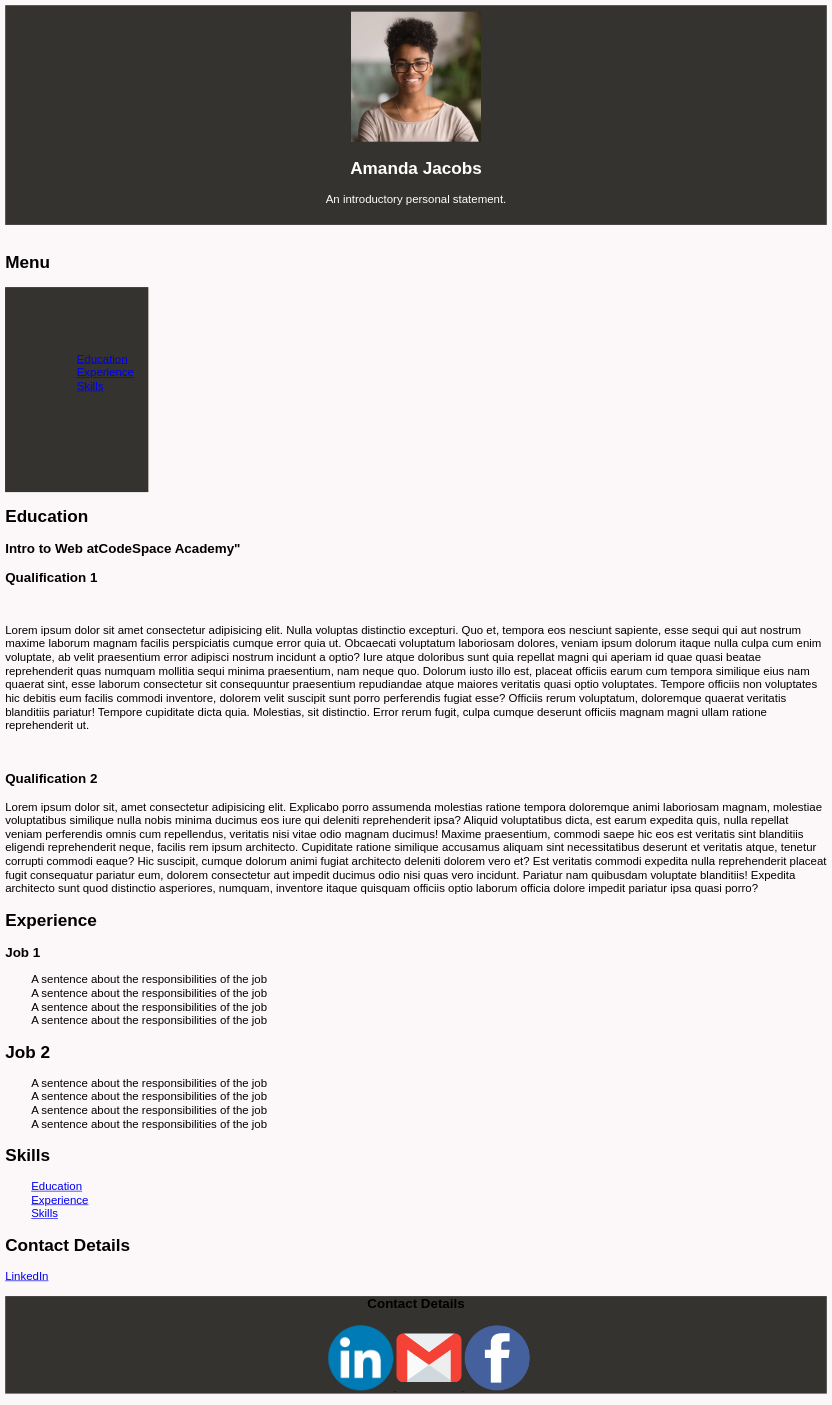
Repository: LeonardMhere/Resume-3
Page: resume `3/index.html
These files come from the project's save history. The page is drawn as it stood at one moment and after the next save; the edit follows.
The browser window is 1280 px wide. The pictures show the whole page, at 65% of full size.

Above is the page before, as saved 2023-03-23 09:04:46.

### resume `3/index.html
<!DOCTYPE html>
<html lang="en">
    <meta charset="UTF-8">
    <meta http-equiv="X-UA-Compatible" content="IE=edge">
    <meta name="viewport" content="width=device-width, initial-scale=1.0">
    <link rel="stylesheet" href="css/stylesheet.css">

<head>
    <title>Amanda Jacobs</title>
</head>

<body>


  <header id="heading">
 <aside>
   <img id="profilePhoto" src="./images/profilePhoto.jpeg" width="200px"
   alt="Error Thumbnail">

  <h1>Amanda Jacobs</h1>
  <p>An introductory personal statement.</p>

    </header>

    <br/>
<main>
  <section>
   <article>
     <div id="sidebar">
      <nav>
        <h2>Menu</h2>

    <ul class="nav-menu">
      <li><a href="education">Education</a></li>
      <li><a href="experience">Experience</a></li>
      <li><a href="skills">Skills</a></li>
  </ul>
</nav>
</aside>



<div class="box-1">
  <h2 id="education">Education</h2>
  <h3>Intro to Web at<a href="http://codespace.co.za/"></a>CodeSpace Academy"</a></h3>



  <h3>Qualification 1</h3>
  <br/>
     <p>Lorem ipsum dolor sit amet consectetur adipisicing elit. Nulla voluptas distinctio excepturi.
       Quo et, tempora eos nesciunt sapiente, esse sequi qui aut nostrum maxime laborum magnam facilis perspiciatis cumque error quia ut. Obcaecati voluptatum laboriosam dolores, veniam ipsum dolorum itaque nulla culpa cum enim voluptate,
       ab velit praesentium error adipisci nostrum incidunt a optio? Iure atque doloribus sunt quia repellat magni qui aperiam id quae quasi beatae reprehenderit quas numquam mollitia sequi minima praesentium, nam neque quo. Dolorum iusto illo est, placeat officiis earum cum tempora similique eius nam quaerat sint, esse laborum consectetur sit consequuntur praesentium repudiandae atque maiores veritatis quasi optio voluptates. Tempore officiis non voluptates hic debitis eum facilis commodi inventore, dolorem velit suscipit sunt porro perferendis fugiat esse? Officiis rerum voluptatum, doloremque quaerat veritatis blanditiis pariatur! Tempore cupiditate dicta quia. Molestias, sit distinctio. Error rerum fugit, culpa cumque deserunt officiis magnam magni ullam ratione reprehenderit ut.
      </p>
    </div>
      <br/>

  <div class="box-2">
   <h3>Qualification 2</h3>

      <p>
        Lorem ipsum dolor sit, amet consectetur adipisicing elit. Explicabo porro assumenda molestias ratione tempora doloremque animi laboriosam magnam, molestiae voluptatibus similique nulla nobis minima ducimus eos iure qui deleniti reprehenderit ipsa? Aliquid voluptatibus dicta, est earum expedita quis, nulla repellat veniam perferendis omnis cum repellendus, veritatis nisi vitae odio magnam ducimus! Maxime praesentium, commodi saepe hic eos est veritatis sint blanditiis eligendi reprehenderit neque, facilis rem ipsum architecto. Cupiditate ratione similique accusamus aliquam sint necessitatibus deserunt et veritatis atque, tenetur corrupti commodi eaque? Hic suscipit, cumque dolorum animi fugiat architecto deleniti dolorem vero et? Est veritatis commodi expedita nulla reprehenderit placeat fugit consequatur pariatur eum, dolorem consectetur aut impedit ducimus odio nisi quas vero incidunt. Pariatur nam quibusdam voluptate blanditiis! Expedita architecto sunt quod distinctio asperiores, numquam, inventore itaque quisquam officiis optio laborum officia dolore impedit pariatur ipsa quasi porro?
      </p>
    </div>


    <h2 id="experience">Experience</h2>

    <h3>Job 1</h3>
    <p>
        <ul>
            <li>A sentence about the responsibilities of the job</li>
            <li>A sentence about the responsibilities of the job</li>
            <li>A sentence about the responsibilities of the job</li>
            <li>A sentence about the responsibilities of the job</li>
        </ul>
    </p>



    <h2>Job 2</h2>

     <p>
        <ul>
            <li>A sentence about the responsibilities of the job</li>
            <li>A sentence about the responsibilities of the job</li>
            <li>A sentence about the responsibilities of the job</li>
            <li>A sentence about the responsibilities of the job</li>
        </ul>
     </p>



      <h2 id="skills">Skills</h2>

<ul>
  <li><a href="#education">Education</a></li>
  <li><a href="#experience">Experience</a></li>
  <li><a href="#Skills">Skills</a></li>
</ul>
</p>

<h2>Contact Details</h2>
<p><a href="http://linkedin.com">LinkedIn</a>

    </section>
  </article>
</main>








<footer>
    <h3>Contact Details</h3>
    <ul>
       <a href="http://linkedin.com" target="_blank">
           <img class="icons" src="images/linkedinIcon.png"
           alt="Amanda Jacobs Linkedin"
           width="100px">

       </a>

       <a href="//http://gmail.com" target="_blank">
        <img class="icons" src="images/gmailIcon.png"
        alt="Amanda Jacobs Gmail"
        width="100px">
       </a>

       <a href="//http://facebook.com" target="_blank">
        <img class="icons" src="images/facebookIcon.png"
        alt="Amanda Jacobs facebook Account"
        width="100px">
       </a>
</ul>
</footer>











</body>
</html>

### resume `3/css/stylesheet.css
body{
  font-family: sans-serif;
  font-size:110%;
  background-color: #FCF7F8;
}

header {
  text-align: center;
  background-color: #343330;
  color: white;
  padding: 10px 0 10px ;
}

menu {
  background-color: #343330;
}


.nav-menu{
  border: 100px solid #343330;
  width: 10px;
  height: 110px;
  padding-bottom: 5px;
  padding-left: 10px;
  background-color: #343330;
  color: white;

}

ul {
  list-style: none;
}





footer {
  background-color: #343330;
  text-align: center;
}

After the next save:
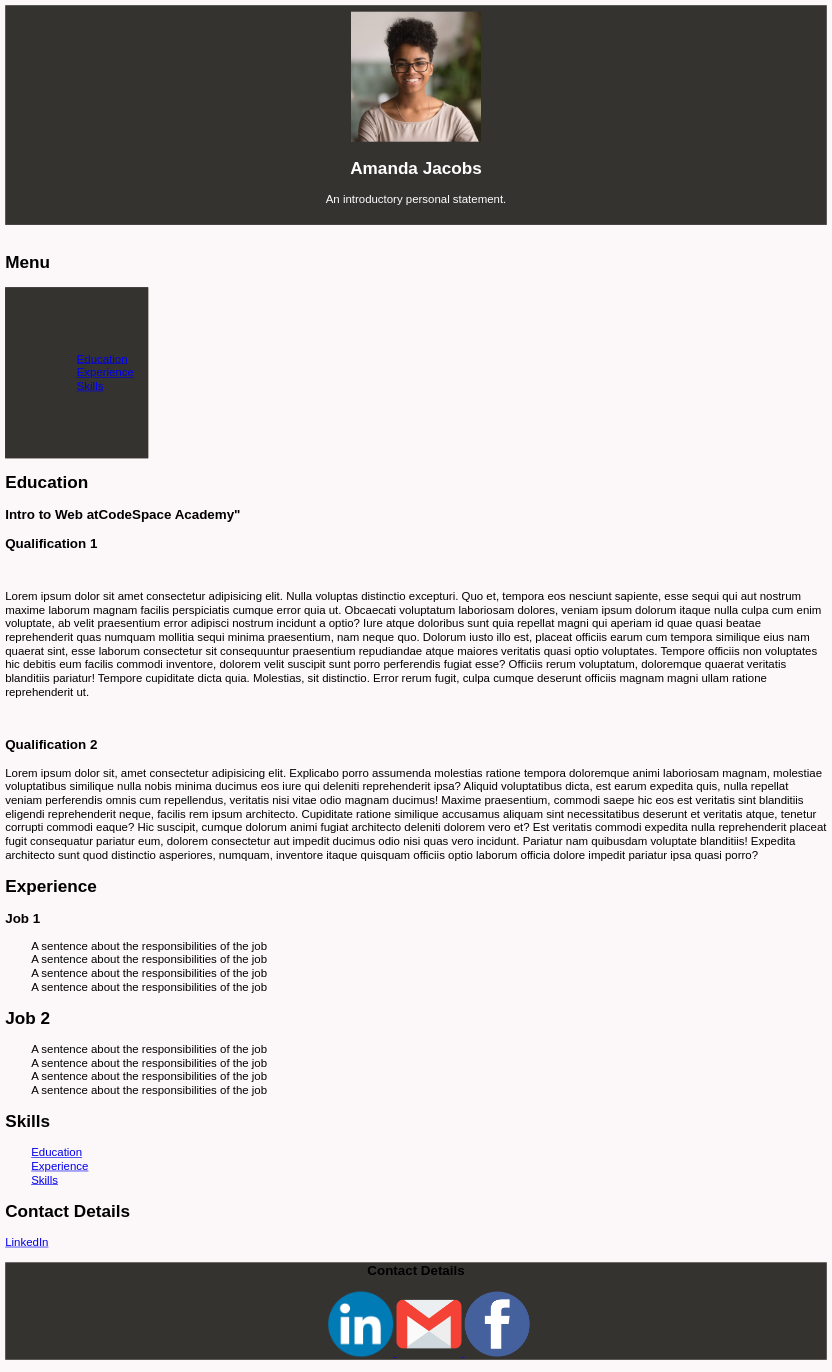
Saved 4 min 9 s later.
--- a/resume `3/css/stylesheet.css
+++ b/resume `3/css/stylesheet.css
@@ -19,7 +19,7 @@ menu {
 .nav-menu{
   border: 100px solid #343330;
   width: 10px;
-  height: 110px;
+  height:fit-content
   padding-bottom: 5px;
   padding-left: 10px;
   background-color: #343330;
